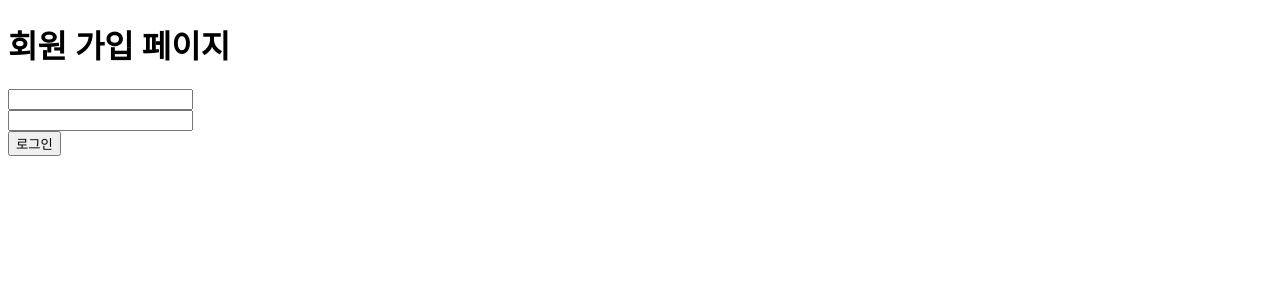
Repository: woneeseo/javastudy
Page: htmlStudy/workspace_html/HelloWorld/WebContent/d.html
These files come from the project's save history. The page is drawn as it stood at one moment and after the next save; the edit follows.
The browser window is 1280 px wide. The pictures show the whole page.

Above is the page before, as saved 2020-12-04 06:57:25.

After the next save:
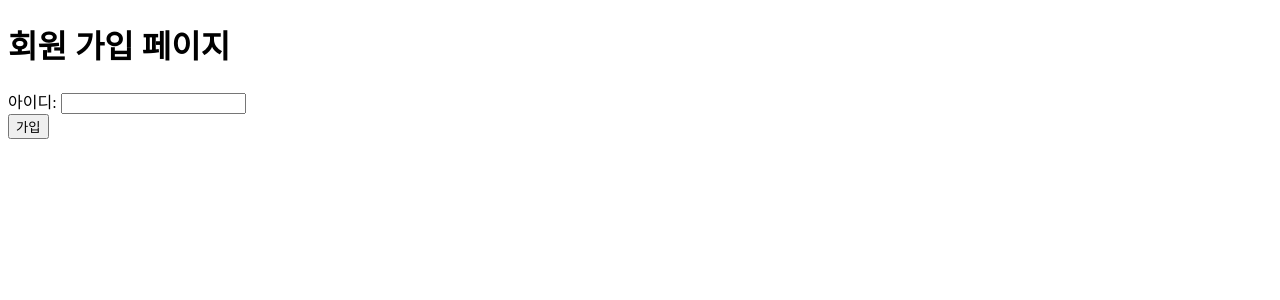
Saved 4 min 8 s later.
--- a/htmlStudy/workspace_html/HelloWorld/WebContent/d.html
+++ b/htmlStudy/workspace_html/HelloWorld/WebContent/d.html
@@ -8,13 +8,12 @@
 
 <h1>회원 가입 페이지</h1>
 
-<form action="">
+<form action="a.html" method="post">
 
-	<input name="id">
-	<br>
-	<input type="password" name="pw">
-	<br>
-	<input type="submit" value="로그인">
+	<label for="id">아이디: </label>
+	<input id = "id" name="id"> <br>
+
+	<input type="submit" value="가입">
 
 </form>
 
